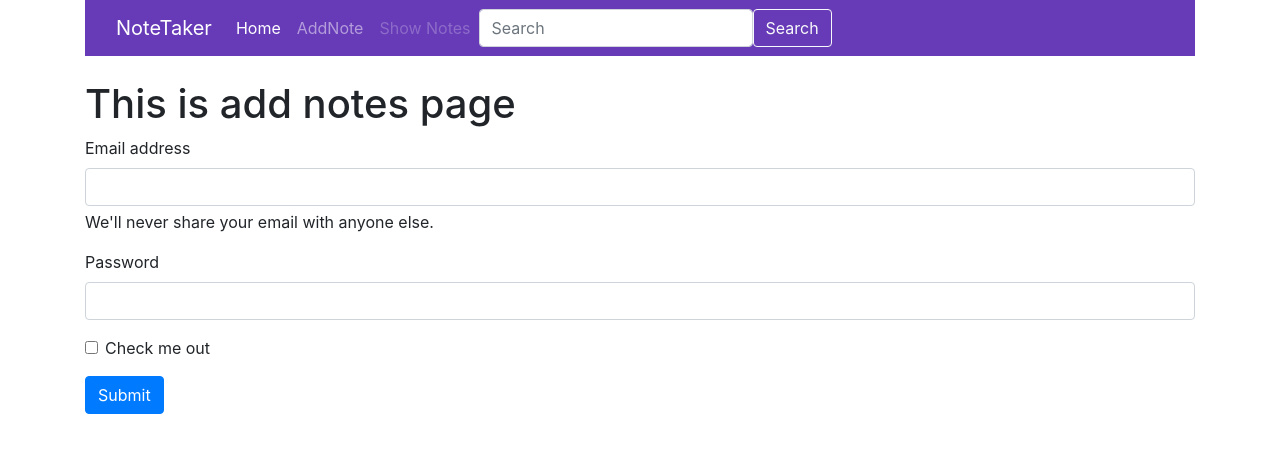
Repository: Mayank-SDE/Projects
Page: http://localhost/NoteTakerTodoApp/add_notes.jsp
These files come from the project's save history. The page is drawn as it stood at one moment and after the next save; the edit follows.
The browser window is 1280 px wide. The pictures show the whole page.
Some web libraries are served in a nearby version. The page is served by Tomcat 9. Other server files are loaded and not shown.

Above is the page before, as saved 2022-02-10 15:44:28.

### NoteTaker/NoteTakerTodoApp/src/main/webapp/add_notes.jsp
<%@ page language="java" contentType="text/html; charset=UTF-8"
    pageEncoding="UTF-8"%>
<!DOCTYPE html>
<html>
<head>
  <!-- Required meta tags -->
    <meta charset="utf-8">
    <meta name="viewport" content="width=device-width, initial-scale=1, shrink-to-fit=no">

   <title>Add Notes</title>
 <%@ include file="all_js_css.jsp"%>

</head>
<body>


   <div class="container">

   <%@ include file="navbar.jsp"%>

     <br>
     <h1>This is add notes page</h1>

     <!-- this is add form -->
<form>
  <div class="mb-3">
    <label for="exampleInputEmail1" class="form-label">Email address</label>
    <input type="email" class="form-control" id="exampleInputEmail1" aria-describedby="emailHelp">
    <div id="emailHelp" class="form-text">We'll never share your email with anyone else.</div>
  </div>
  <div class="mb-3">
    <label for="exampleInputPassword1" class="form-label">Password</label>
    <input type="password" class="form-control" id="exampleInputPassword1">
  </div>
  <div class="mb-3 form-check">
    <input type="checkbox" class="form-check-input" id="exampleCheck1">
    <label class="form-check-label" for="exampleCheck1">Check me out</label>
  </div>
  <button type="submit" class="btn btn-primary">Submit</button>
</form>
   </div>
</body>
</html>

### NoteTaker/NoteTakerTodoApp/src/main/webapp/all_js_css.jsp
  <!-- Required meta tags -->
    <meta charset="utf-8">
    <meta name="viewport" content="width=device-width, initial-scale=1, shrink-to-fit=no">

    <!-- Bootstrap CSS -->
    <link rel="stylesheet" href="https://maxcdn.bootstrapcdn.com/bootstrap/4.0.0/css/bootstrap.min.css" integrity="sha384-Gn5384xqQ1aoWXA+058RXPxPg6fy4IWvTNh0E263XmFcJlSAwiGgFAW/dAiS6JXm" crossorigin="anonymous">

<link href="css/style.css" rel="stylesheet">
        <!-- Optional JavaScript -->
    <!-- jQuery first, then Popper.js, then Bootstrap JS -->
    <script src="https://code.jquery.com/jquery-3.2.1.slim.min.js" integrity="sha384-KJ3o2DKtIkvYIK3UENzmM7KCkRr/rE9/Qpg6aAZGJwFDMVNA/GpGFF93hXpG5KkN" crossorigin="anonymous"></script>
    <script src="https://cdnjs.cloudflare.com/ajax/libs/popper.js/1.12.9/umd/popper.min.js" integrity="sha384-ApNbgh9B+Y1QKtv3Rn7W3mgPxhU9K/ScQsAP7hUibX39j7fakFPskvXusvfa0b4Q" crossorigin="anonymous"></script>
    <script src="https://maxcdn.bootstrapcdn.com/bootstrap/4.0.0/js/bootstrap.min.js" integrity="sha384-JZR6Spejh4U02d8jOt6vLEHfe/JQGiRRSQQxSfFWpi1MquVdAyjUar5+76PVCmYl" crossorigin="anonymous"></script>

### NoteTaker/NoteTakerTodoApp/src/main/webapp/navbar.jsp
<nav class="navbar navbar-expand-lg navbar-dark  purple">
  <div class="container-fluid">
    <a class="navbar-brand" href="index.jsp">NoteTaker</a>
    <button class="navbar-toggler" type="button" data-bs-toggle="collapse" data-bs-target="#navbarSupportedContent" aria-controls="navbarSupportedContent" aria-expanded="false" aria-label="Toggle navigation">
      <span class="navbar-toggler-icon"></span>
    </button>
    <div class="collapse navbar-collapse" id="navbarSupportedContent">
      <ul class="navbar-nav me-auto mb-2 mb-lg-0">
        <li class="nav-item">
          <a class="nav-link active" aria-current="page" href="index.jsp">Home</a>
        </li>
        <li class="nav-item">
          <a class="nav-link" href="add_notes.jsp">AddNote</a>
        </li>

        <li class="nav-item">
          <a class="nav-link disabled" href="#" tabindex="-1" aria-disabled="true">Show Notes</a>
        </li>
      </ul>
      <form class="d-flex">
        <input class="form-control me-2" type="search" placeholder="Search" aria-label="Search">
        <button class="btn btn-outline-light" type="submit">Search</button>
      </form>
    </div>
  </div>
</nav>

### NoteTaker/NoteTakerTodoApp/src/main/webapp/css/style.css

.purple
{
	background:#673ab7;
}

After the next save:
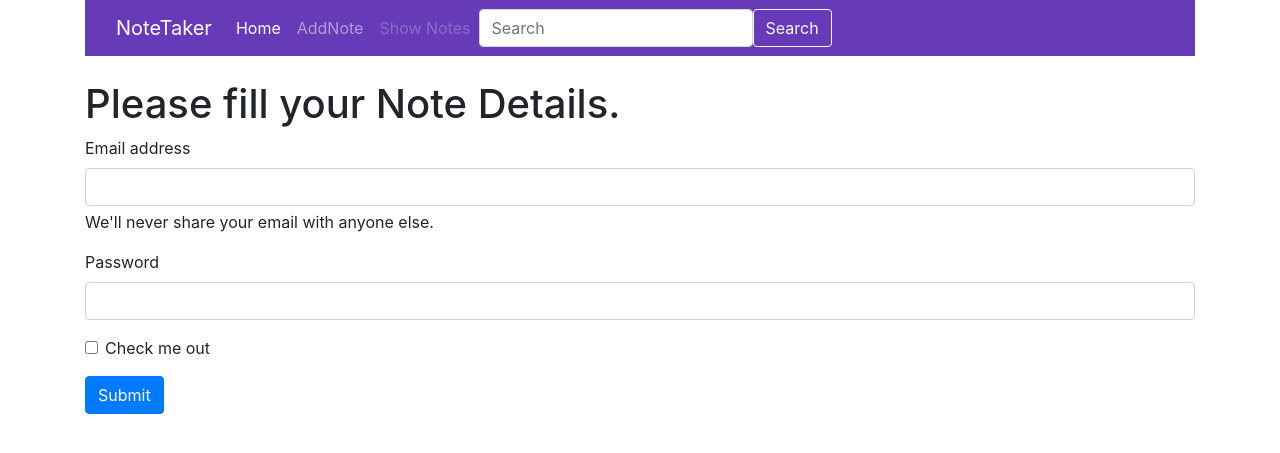
Saved 20 s later.
--- a/NoteTaker/NoteTakerTodoApp/src/main/webapp/add_notes.jsp
+++ b/NoteTaker/NoteTakerTodoApp/src/main/webapp/add_notes.jsp
@@ -19,7 +19,7 @@
    <%@ include file="navbar.jsp"%>
 
      <br>
-     <h1>This is add notes page</h1>
+     <h1>Please fill your Note Details.</h1>
 
      <!-- this is add form -->
 <form>
